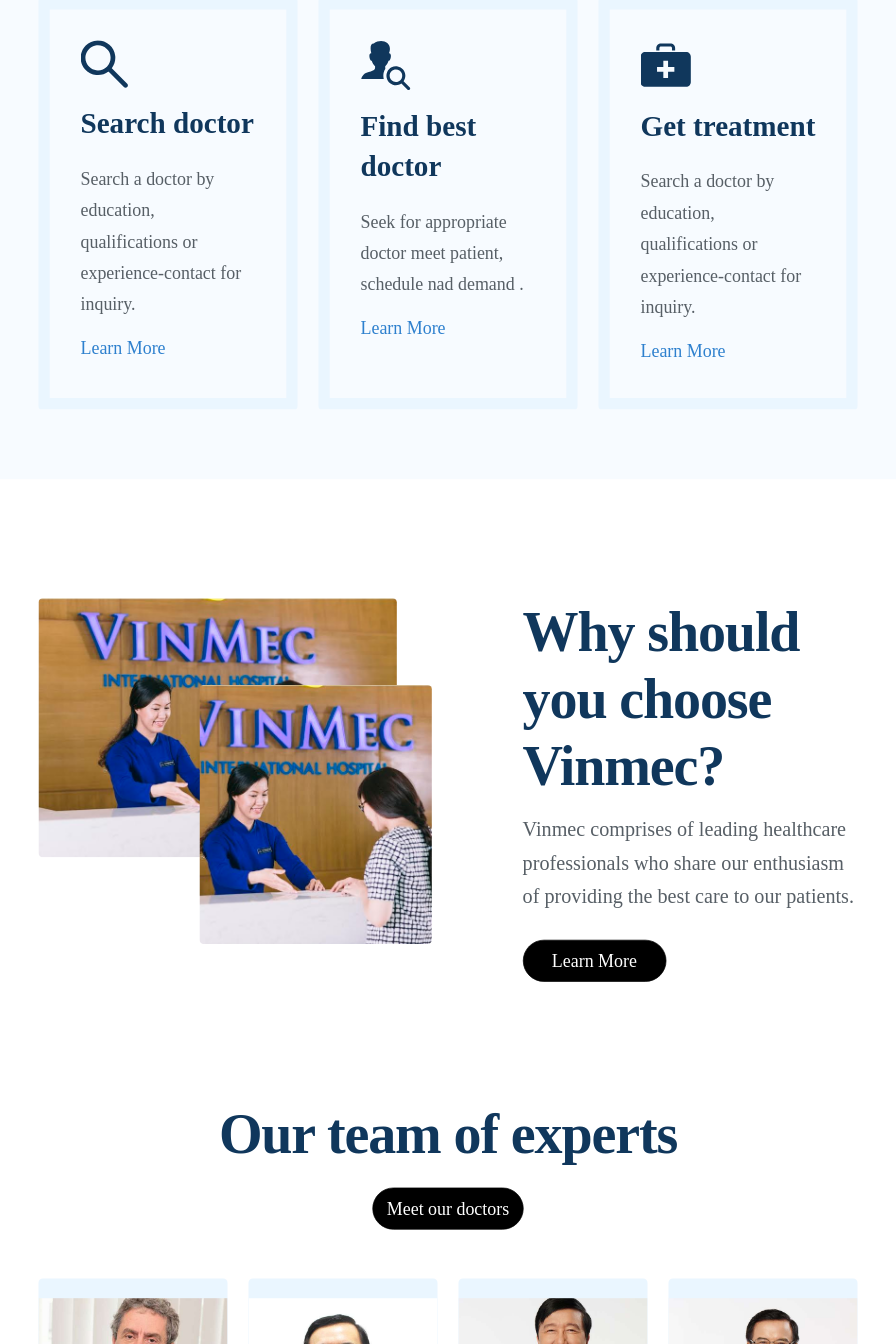
Repository: ynguyen1512/vinmec-landing-page
Page: index.html
These files come from the project's save history. The page is drawn as it stood at one moment and after the next save; the edit follows.
The browser window is 1280 px wide. The pictures show the part of the page from y = 2902 to 4822 px (the page is 7670 px tall before and 7666 px after), at 70% of full size.

Above is the page before, as saved 2023-07-07 14:08:38.

After the next save:
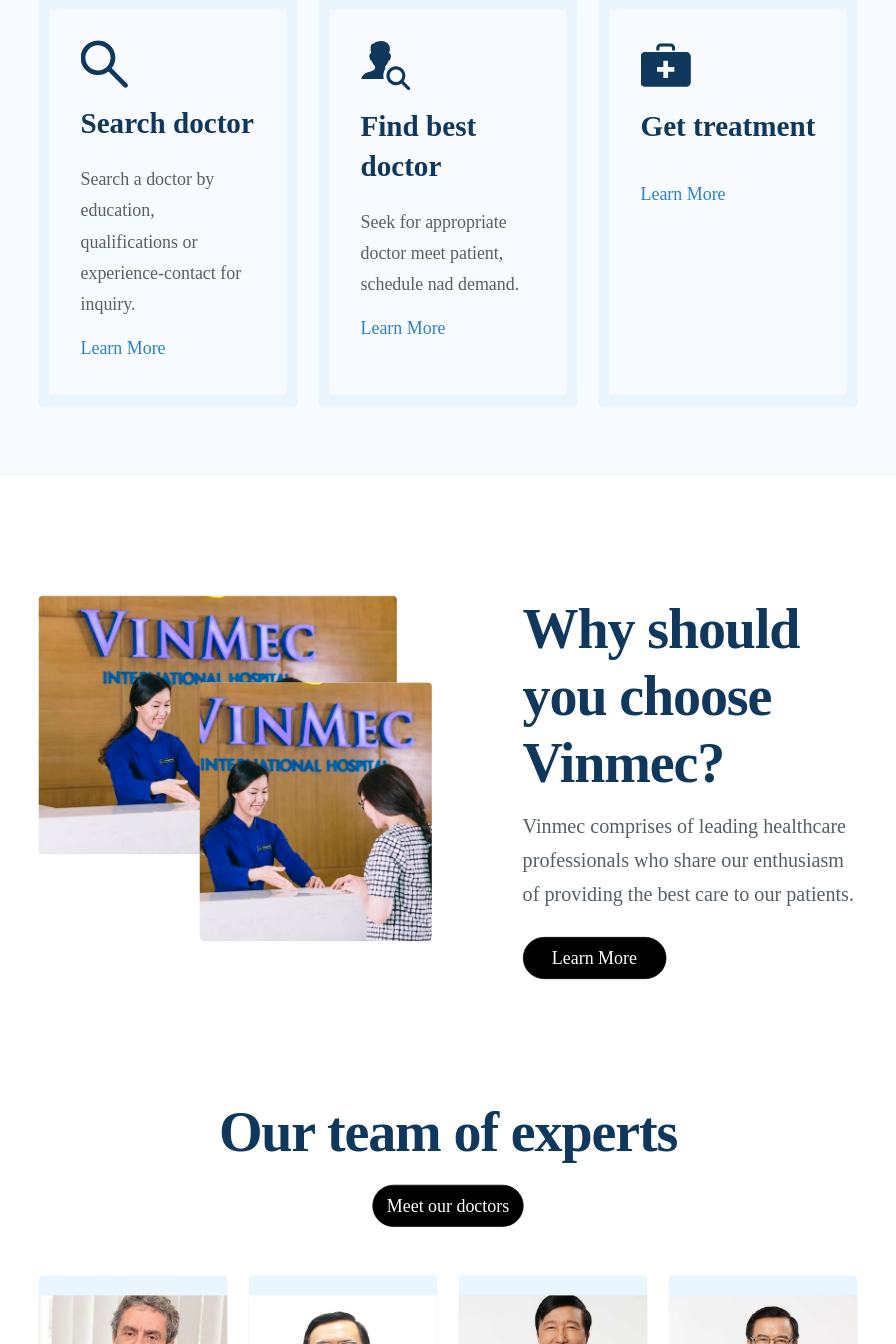
Saved 30 s later.
--- a/index.html
+++ b/index.html
@@ -233,7 +233,7 @@
               />
               <h3 class="work-item__heading">Find best doctor</h3>
               <p class="work-item__desc">
-                Seek for appropriate doctor meet patient, schedule nad demand .
+                Seek for appropriate doctor meet patient, schedule nad demand.
               </p>
               <a href="#!" class="work-item__more">Learn More</a>
             </section>
@@ -246,8 +246,7 @@
               />
               <h3 class="work-item__heading">Get treatment</h3>
               <p class="work-item__desc">
-                Search a doctor by education, qualifications or
-                experience-contact for inquiry.
+
               </p>
               <a href="#!" class="work-item__more">Learn More</a>
             </section>
